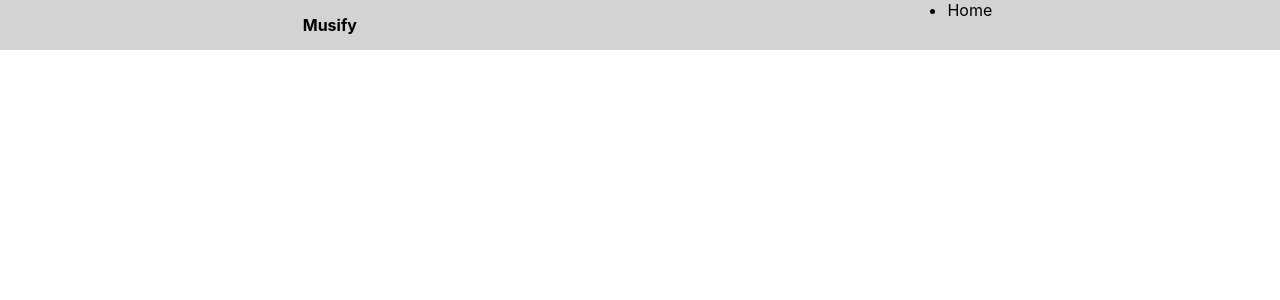
Repository: yuqiant/musify
Page: / (app in musify/)
These files come from the project's save history. The page is drawn as it stood at one moment and after the next save; the edit follows.
The browser window is 1280 px wide. The pictures show the whole page.
The project was rebuilt for these pictures with package versions that can differ from the ones it lists, and the page was loaded fresh each time. Also part of the build but not shown: musify/src/App.css, musify/src/home/index.js.

Above is the page before, as saved 2023-11-30 00:49:23.

After the next save:
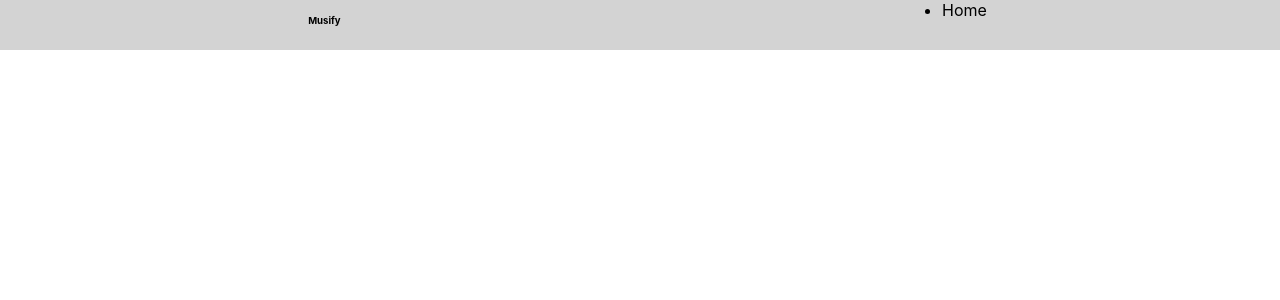
Saved 11 s later.
--- a/musify/src/navbar/index.css
+++ b/musify/src/navbar/index.css
@@ -70,4 +70,5 @@
     font-weight: bold;
     text-align: left;
     padding: 15px 15px;
+    font-size: 0.6em;
 }
